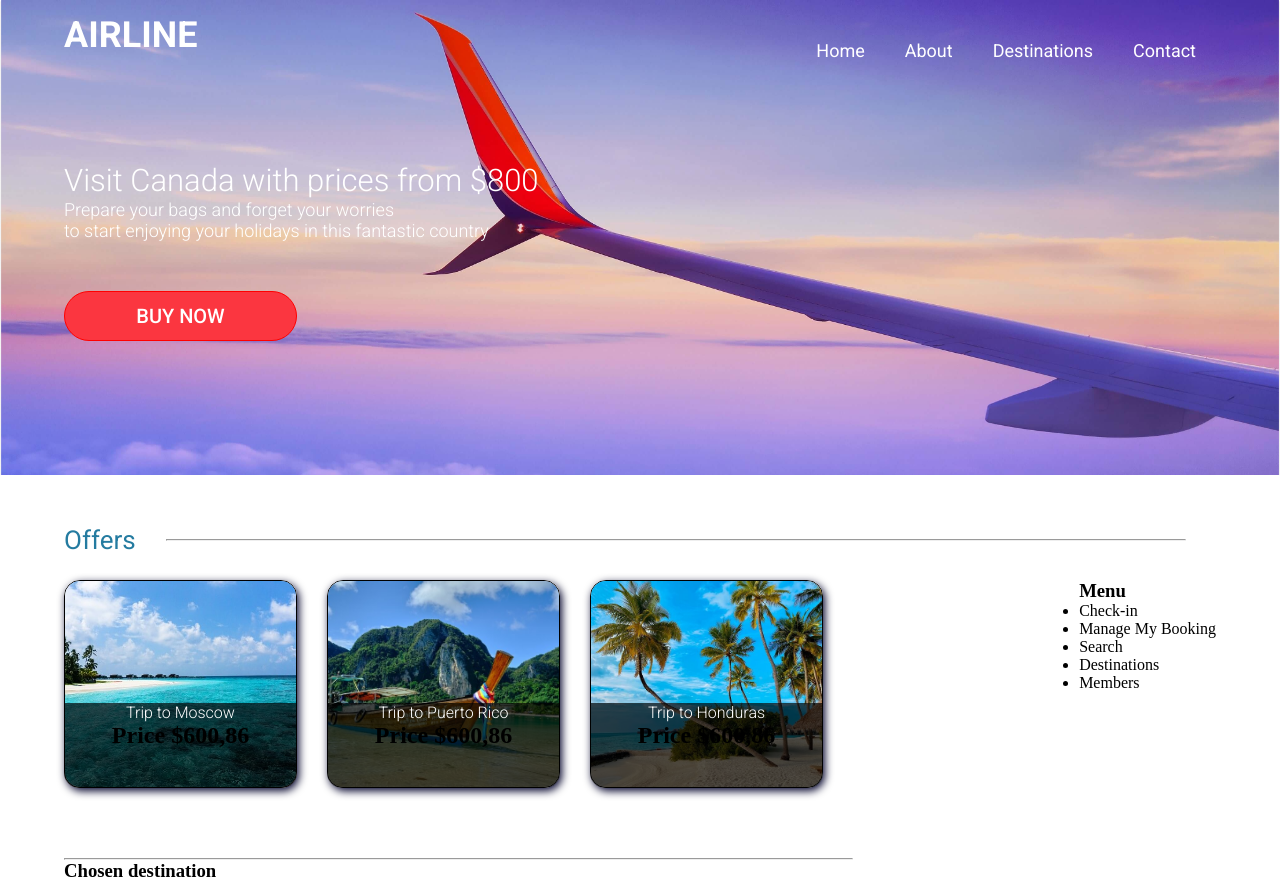
Repository: Cherced/AIRLINES
Page: /
These files come from the project's save history. The page is drawn as it stood at one moment and after the next save; the edit follows.
The browser window is 1280 px wide. The pictures show the whole page.
The project was rebuilt for these pictures with package versions that can differ from the ones it lists, and the page was loaded fresh each time. The framework's server and built-in components were replaced by stand-ins that run in the browser. Also part of the build but not shown: components/atoms/Footer/SocialMedia.jsx, components/atoms/Footer/MoreToUs.jsx, components/molecules/Footer.jsx.

Above is the page before, as saved 2022-06-30 14:37:01.

### pages/_app.js
import '../sass/global.scss'

function MyApp({ Component, pageProps }) {

    return <Component {...pageProps} />

  }

  export default MyApp

### pages/_document.js
import Document, { Html, Head, Main, NextScript } from 'next/document'

export default class MyDocument extends Document {
  render() {
    return (
      <Html>
        <Head />
        <body>
          <Main />
          <div id="myportal"></div>
          <NextScript />
        </body>
      </Html>
    )
  }
}

### pages/index.js
import React from 'react'
import { Banner } from '../components/molecules/Banner'
import { Offers } from '../components/molecules/Offers'
import {Footer} from '../components/molecules/Footer'

const Home = () => {
  return (
    <React.Fragment>
        <Banner/>
        <Offers/>
    </React.Fragment>
  )
}

export default Home

### sass/global.scss
@import "./settings";
@import "./Elements/banner";
@import "./Elements/offerts";

### components/molecules/Banner.jsx
import React from 'react'
import { Header } from '../atoms/BannerStaff/Header'
import { Promotion } from '../atoms/BannerStaff/Promotion'

export const Banner = () => {
  return (
    <main className="main-Banner--Container">
        <Header/>
        <Promotion/>
    </main>
  )
}

### components/molecules/Offers.jsx
import React from 'react'
import {TripsOffer} from '../atoms/Offerts/TripsOffer'
import { Menu } from '../atoms/Offerts/Menu'

export const Offers = () => {
  return (
    <section className="offers-Section--Container">
    <div className="offers-Title--Container">
        <h1>Offers</h1> <hr />
    </div>
    <div className="offers-BoxModel--Container">
        <div className="offers-BoxModel-Content">
        <TripsOffer/>
        <hr />
        <h3>Chosen destination</h3>
        </div>
        <Menu/>
    </div>
    </section>
  )
}

### sass/_settings.scss
//fonts:
@import url('https://fonts.googleapis.com/css2?family=Inter:wght@100;200;300;500;600;700;800;900&family=Roboto:ital,wght@0,100;0,300;0,400;0,500;0,700;0,900;1,100;1,300;1,400;1,500;1,700;1,900&display=swap');

$preSetFont: 'Roboto', sans-serif;

*{
    box-sizing: border-box;
    margin: 0;
    padding: 0;
}

### sass/Elements/_banner.scss
@import "../components/Banner/header";
@import "../components/Banner/promotion";

.main-Banner--Container{
    height: 475px;
    width: 100%;
    background-image: url("../../public/images/plane.jpg");
    background-size: cover;
    background-repeat: no-repeat;
    display: flex;
    flex-direction: column;
    align-items: center;
}

### sass/components/Banner/_header.scss
.header--Container {
    width: 90%;
    height: 70px;
    display: flex;
    align-items: center;
    justify-content: space-between;

    h1{
        font-family: $preSetFont;
        font-size: 36px;
        text-align: left;
        color: white;
        letter-spacing: 0px;
    }

    .navBar--Container {
        color: white;
        opacity: 1;

        .itmes-Navbar--Container {
            list-style: none;
            display: flex;
            height: 70px;

            li {
                width: auto;
                padding: 40px 20px 0 20px;

                a {
                    font-family: $preSetFont;
                    font-size: 18px;
                    letter-spacing: 0px;
                }

                a:hover {
                    border-bottom: 2px solid white;
                }
            }
        }
    }
}

### sass/components/Banner/_promotion.scss
.promotions--Container {
    height: 405px;
    width: 90%;
    display: flex;
    flex-direction: column;
    align-items: flex-start;
    margin-top: 92px;

    h1 {
        text-align: left;
        font-family: $preSetFont;
        font-size: 31px;
        font-weight: 300;
        letter-spacing: 0px;
        opacity: 1;
        color: white;
    }

    p {
        width: 440px;
        text-align: left;
        font-family: $preSetFont;
        font-size: 18px;
        font-weight: 300;
        letter-spacing: 0px;
        color: #FFFFFF;
        opacity: 1;
    }

    .buyNowBtn {
        margin-top: 50px;
        background: #FB3640;
        width: 233px;
        height: 50px;
        font-family: $preSetFont;
        text-align: center;
        font: normal normal 500 20px/24px Roboto;
        letter-spacing: 0px;
        color: #FFFFFF;
        opacity: 1;
        border-radius: 60px;
        border: 1px solid red;
    }
}

### sass/Elements/_offerts.scss
.offers-Section--Container {
    width: 100vw;
    display: flex;
    flex-direction: column;
    align-items: center;
    justify-content: center;

    .offers-Title--Container {
        padding-top: 65px;
        width: 90%;
        height: 50px;
        display: flex;
        align-items: center;

        h1 {
            color: #247BA0;
            text-align: left;
            font: normal normal 400 26px/32px Roboto;
            letter-spacing: 0px;
            color: #247BA0;
            opacity: 1;
        }

        hr {
            margin: 0 30px;
            width: 90%;
        }
    }

    .offers-BoxModel--Container {
        width: 90%;
        display: flex;
        justify-content: space-between;
        margin-top: 40px;

        .offers-BoxModel-Content {
            .promotional-Cards--Container {
                display: flex;
                margin-bottom: 70px;

                .promotionalCard {
                    width: 233px;
                    height: 208px;
                    border-radius: 60px;
                    margin-right: 30px;

                    img {
                        border: 1px solid black;
                        box-shadow: 2px 3px 8px #000029;
                        opacity: 1;
                        width: 100%;
                        height: 100%;
                        border-radius: 16px;
                        object-fit: cover;
                        z-index: -1;
                    }

                    .promotionalCard--Info {
                        position: relative;
                        height: 85px;
                        top: -89px;
                        background: rgba(0, 0, 0, 0.6784313725) 0% 0% no-repeat padding-box;
                        border-radius: 0px 0px 15px 15px;
                        opacity: 1;
                        display: flex;
                        flex-direction: column;
                        align-items: center;

                        p {
                            text-align: left;
                            font: normal normal 300 16px/19px Roboto;
                            letter-spacing: 0px;
                            color: #FFFFFF;
                            opacity: 1;
                        }
                    }
                }
            }
        }
    }

}

### components/atoms/BannerStaff/Header.jsx
import React from 'react'

export const Header = () => {
  return (
    <header className="header--Container">
        <h1>AIRLINE</h1>
        <nav className="navBar--Container">
            <ul className="itmes-Navbar--Container">
                <li><a>Home</a></li>
                <li><a>About</a></li>
                <li><a>Destinations</a></li>
                <li><a>Contact</a></li>
            </ul>
        </nav>
    </header>
  )
}

### components/atoms/BannerStaff/Promotion.jsx
import React from 'react'

export const Promotion = () => {
  return (
    <div className="promotions--Container">
        <h1>Visit Canada with prices from $800</h1>
        <p>Prepare your bags and forget your worries</p>
        <p> to start enjoying your holidays in this fantastic country</p>
        <button className="buyNowBtn" type="button">BUY NOW</button>
    </div>
  )
}

### components/atoms/Offerts/TripsOffer.jsx
import React from 'react'

export const TripsOffer = () => {
  return (
    <div className="promotional-Cards--Container">
        <div className="promotionalCard">
            <img src="/images/moscow.jpg" alt="moscu"/>
            <div className="promotionalCard--Info">
                <p>
                Trip to Moscow
                </p>
                <h1>Price $600,86</h1>
            </div>
        </div>
        <div className="promotionalCard">
            <img src="/images/puerto-rico.jpg" alt="puerrtorro"/>
            <div className="promotionalCard--Info">
                <p>
                Trip to Puerto Rico
                </p>
                <h1>Price $600,86</h1>
            </div>
        </div>
        <div className="promotionalCard">
            <img src="/images/honduras.jpg" alt="honduras"/>
            <div className="promotionalCard--Info">
                <p>
                Trip to Honduras
                </p>
                <h1>Price $600,86</h1>
            </div>
        </div>
    </div>
  )
}

### components/atoms/Offerts/Menu.jsx
import React from 'react'

export const Menu = () => {
  return (
    <aside className="menuAside--Container">
        <h1>Menu</h1>
        <ul className="menuAside-Navbar--Container">
            <li>Check-in</li>
            <li>Manage My Booking</li>
            <li>Search</li>
            <li>Destinations</li>
            <li>Members</li>
        </ul>
    </aside>
  )
}

After the next save:
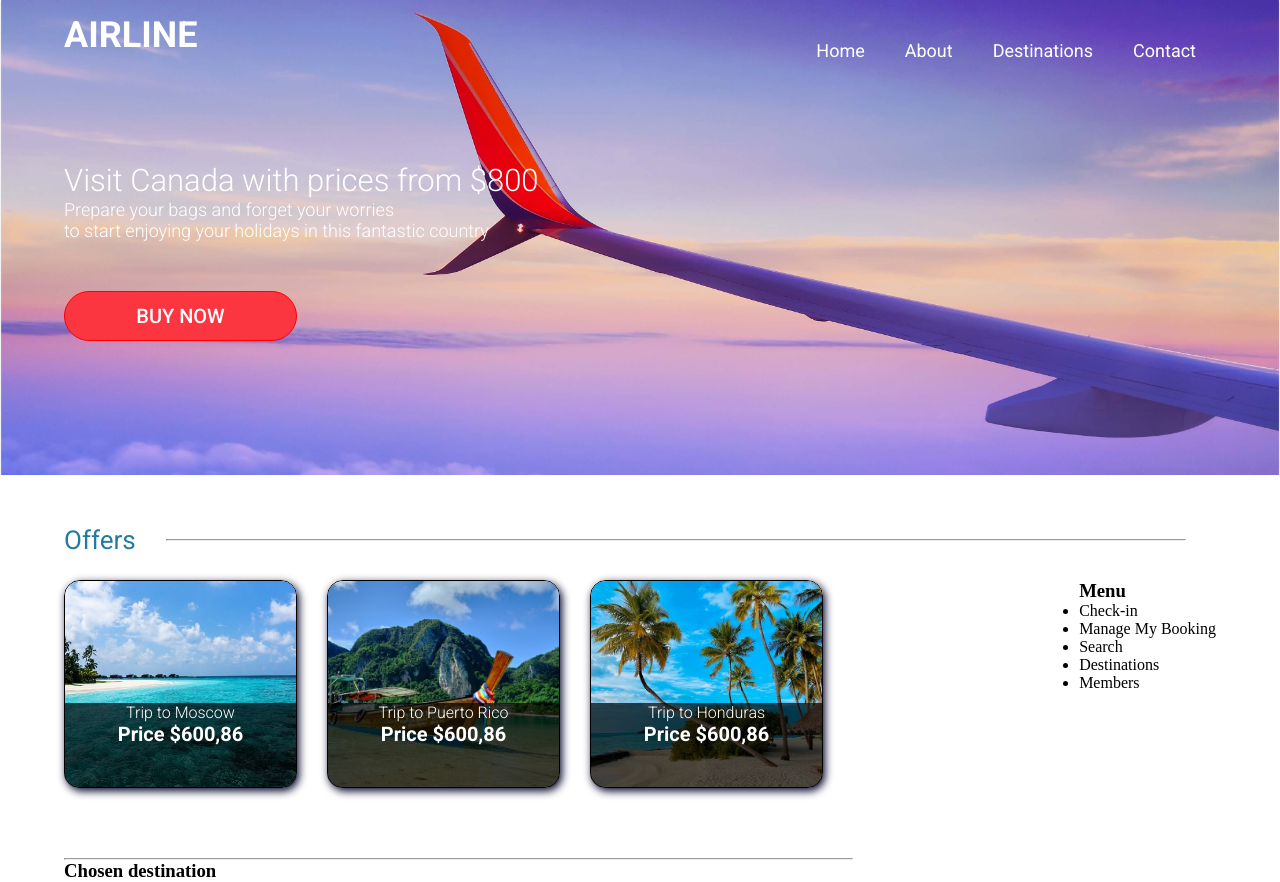
Saved 17 s later.
--- a/sass/Elements/_offerts.scss
+++ b/sass/Elements/_offerts.scss
@@ -73,6 +73,14 @@
                             color: #FFFFFF;
                             opacity: 1;
                         }
+
+                        h1 {
+                            text-align: left;
+                            font: normal normal bold 20px/24px Roboto;
+                            letter-spacing: 0px;
+                            color: #FFFFFF;
+                            opacity: 1;
+                        }
                     }
                 }
             }
